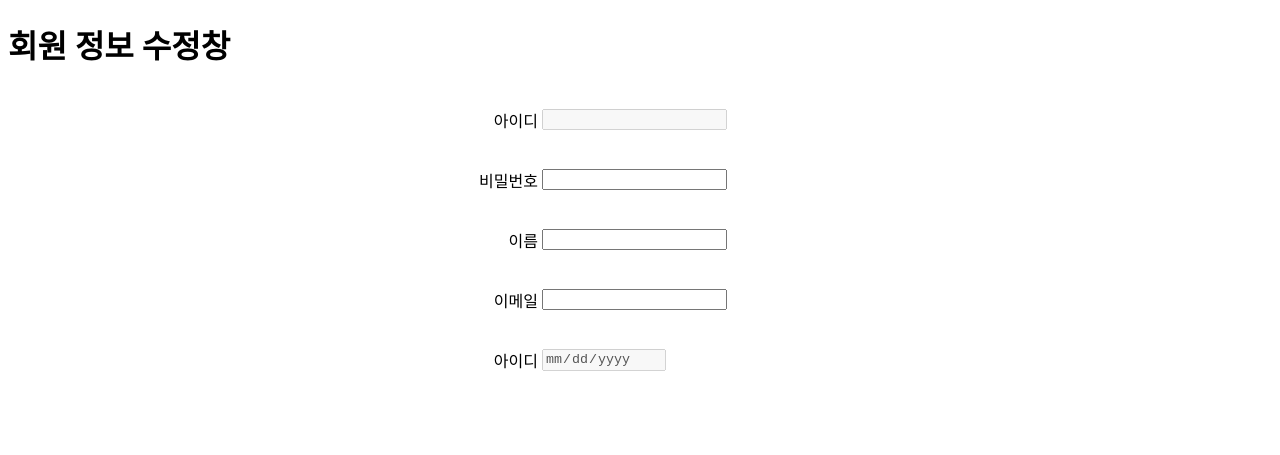
Repository: AhnHyeongSu/GreenComputer
Page: http://localhost/pro17/test03/modMemberForm.jsp
These files come from the project's save history. The page is drawn as it stood at one moment and after a run of saves; the edit follows.
The browser window is 1280 px wide. The pictures show the whole page.
The page is served by Tomcat 9. Other server files are loaded and not shown.

Above is the page before, as saved 2022-08-08 02:53:27.

### 04.DB&SQL&JSP/교육/JSP/pro17/src/main/webapp/test03/modMemberForm.jsp
<%@ page language="java" contentType="text/html; charset=UTF-8"
    pageEncoding="UTF-8" isELIgnored="false"%>
    <%@ taglib prefix="fmt" uri="http://java.sun.com/jsp/jstl/fmt" %>
    <%@ taglib prefix="c" uri="http://java.sun.com/jsp/jstl/core"  %>
    <c:set var = "contextPath" value="${pageContext.request.contextPath}"/>
    <%
    request.setCharacterEncoding("utf-8");
    %>
<!DOCTYPE html>
<html>
<head>
<meta charset="UTF-8">
<title>Insert title here</title>
</head>
<body>
	<h1 >회원 정보 수정창</h1>
	<from method="post" action="${contextPath}/member2/modMember.do?id=${memInfo.id}">
	<table align="center">
	<tr>
		<td width="200">
		<p align="right">아이디</p>
		</td>
		<td width="400"><input type="text" name="id" value="${memInfo.id}" disabled></td>
	</tr>
	<tr>
		<td width="200">
		<p align="right">비밀번호</p>
		</td>
		<td width="400"><input type="password" name="pwd" value="${memInfo.pwd}"></td>
	</tr>
	<tr>
		<td width="200">
		<p align="right">이름</p>
		</td>
		<td width="400"><input type="text" name="name" value="${memInfo.name}"></td>
	</tr>
	<tr>
		<td width="200">
		<p align="right">이메일</p>
		</td>
		<td width="400"><input type="text" name="email" value="${memInfo.email}"></td>
	</tr>
	<tr>
		<td width="200">
		<p align="right">아이디</p>
		</td>
		<td width="400"><input type="date" name="joinDate" value="${memInfo.joinDate}" disabled></td>
	</tr>
	</table>
</body>
</html>

After the next 2 saves:
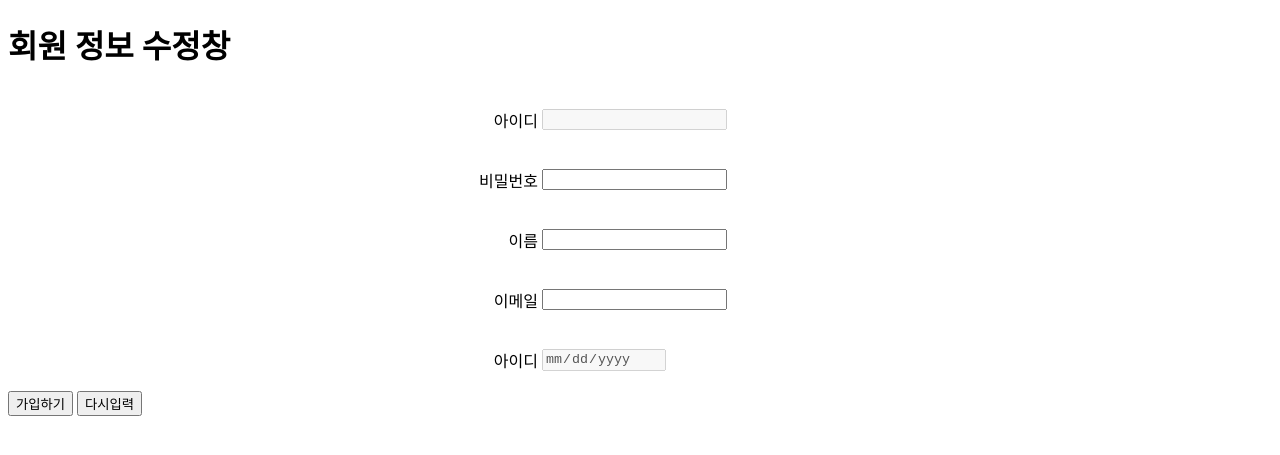
The 2 saves are shown as one change because they came seconds apart.
The last was saved 76 s later.
--- a/04.DB&SQL&JSP/교육/JSP/pro17/src/main/webapp/test03/modMemberForm.jsp
+++ b/04.DB&SQL&JSP/교육/JSP/pro17/src/main/webapp/test03/modMemberForm.jsp
@@ -47,5 +47,8 @@
 		<td width="400"><input type="date" name="joinDate" value="${memInfo.joinDate}" disabled></td>
 	</tr>
 	</table>
+	<input type="submit" value="가입하기">
+	<input type="reset" value="다시입력">
+</from>
 </body>
 </html>
